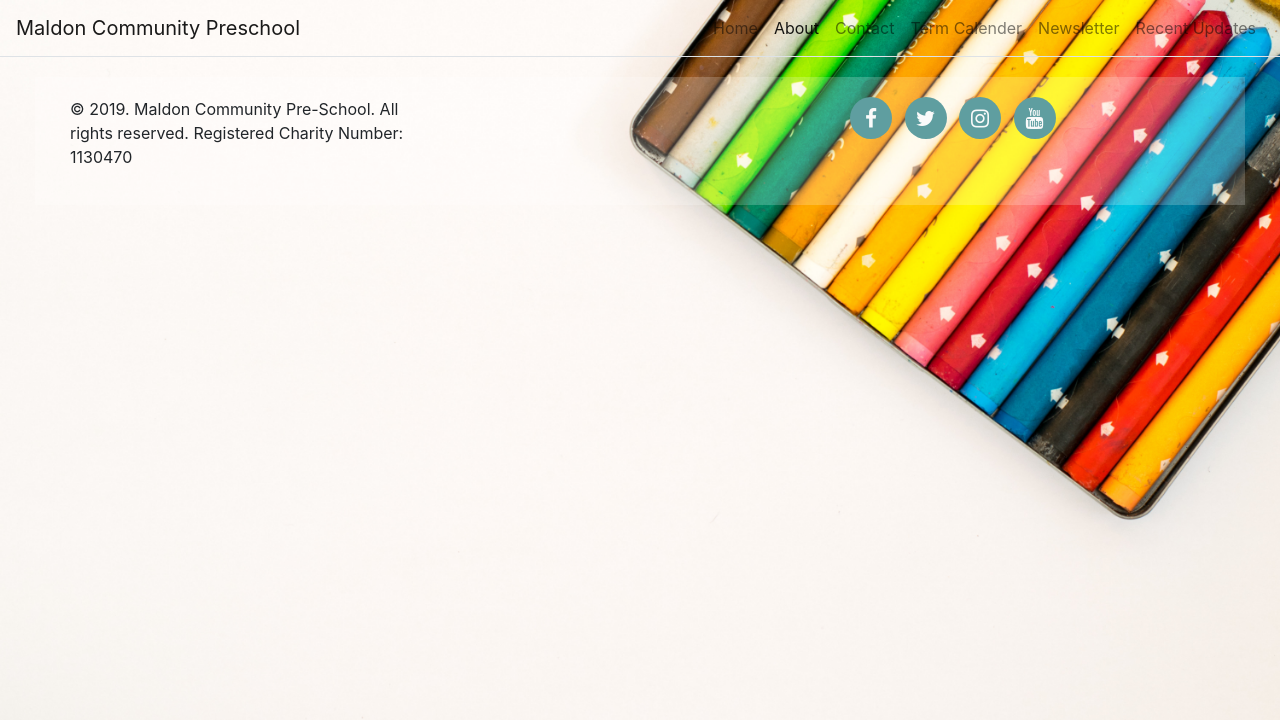
Repository: parkslee/milestone_1
Page: about.html
The author's editor kept a record of every edit. The page is drawn from the files as they stood at one moment, then again after the next edit.
The browser window is 1280 px wide. The pictures show the whole page.
Some web libraries are served in a nearby version.

Above is the page before.

After the next edit:
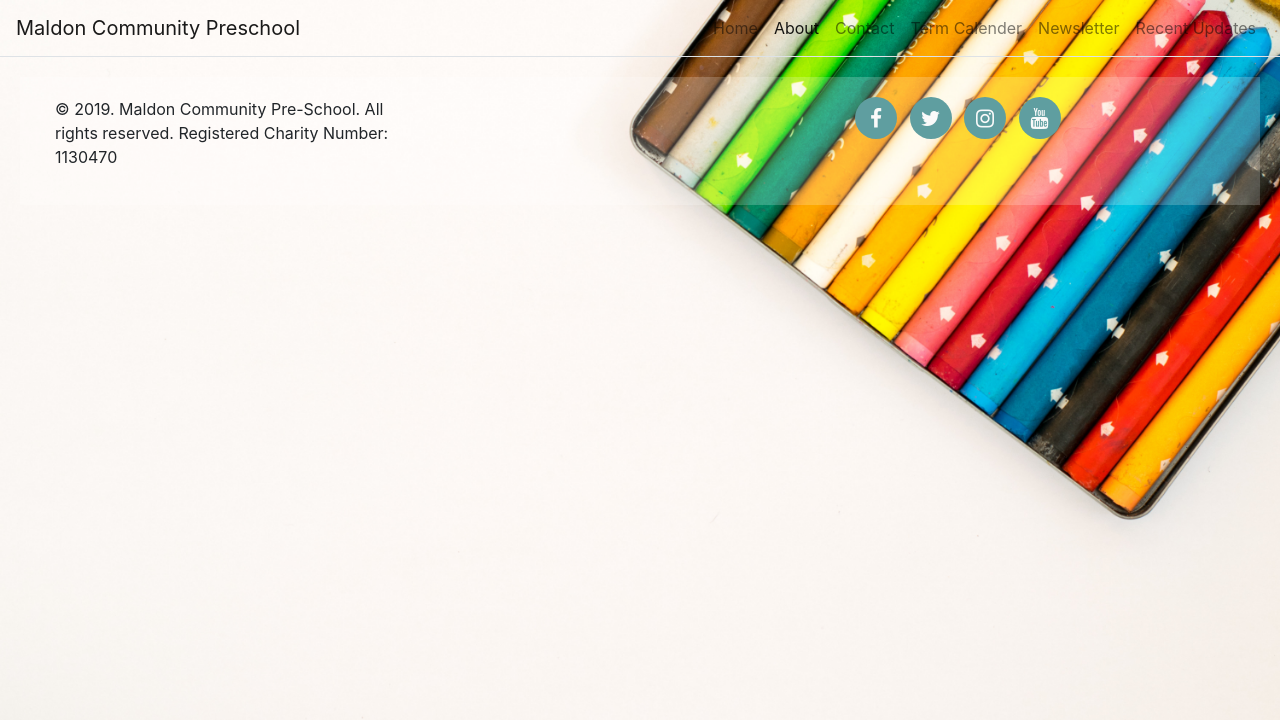
The edit:
--- a/about.html
+++ b/about.html
@@ -64,7 +64,7 @@
 <div class="container-fullwidth">
     <footer class="d-none d-sm-block">
 
-        <div class="container-fluid">
+
 
             <div id="footer-details" class="row">
                 <div class="col-sm-4">
